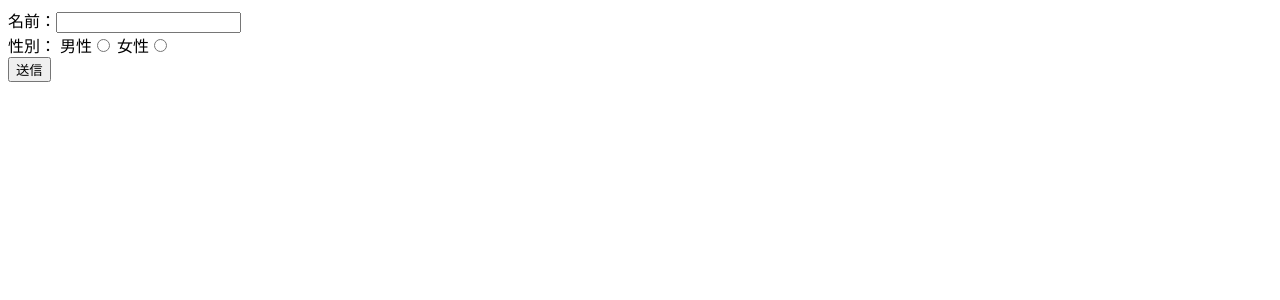
Repository: mmmtmi/practice
Page: servlet jsp/workspace_web/example05/src/main/webapp/formSampleJSP.html
The author's editor kept a copy of each file at every save. The page is drawn from the files as they stood at one save, then again after the next save.
The browser window is 1280 px wide. The pictures show the whole page.

Above is the page before, as saved 2024-11-26 00:53:33.

### servlet jsp/workspace_web/example05/src/main/webapp/formSampleJSP.html
<!DOCTYPE html>
<html>
<head>
<meta charset="UTF-8">
<title>Insert title here</title>
</head>
<body>
	<form action="formSampleServlet.html" method="post">
		<label>名前：<input type="text" name="name"></label><br> <!--部品に必ず名前を付ける。-->
		性別：									<!--ラヂオはnameが同一。valueが送信される。-->
		<label>男性<input type="radio" name="gender" value="男性"></label>
		<label>女性<input type="radio" name="gender" value="女性"></label><br>
		<input type="submit" value="送信">
				<!--nameは必須ではない。valueがボタン名に反映-->
	</form>
</body>
</html>

After the next save:
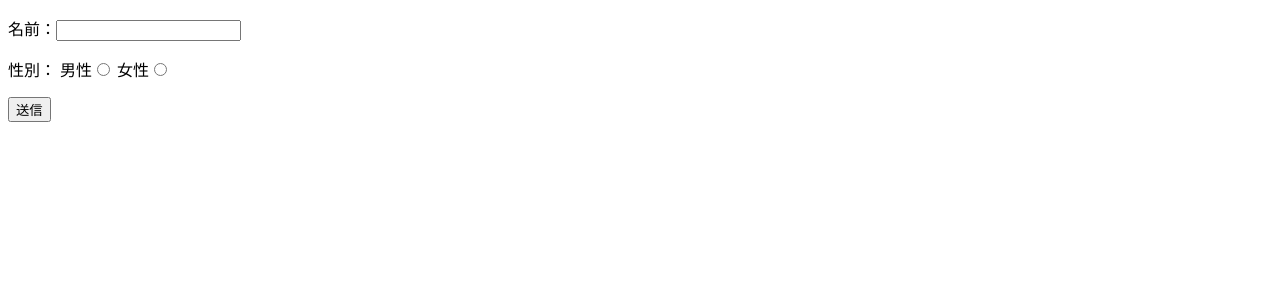
Saved 2 min 1 s later.
--- a/servlet jsp/workspace_web/example05/src/main/webapp/formSampleJSP.html
+++ b/servlet jsp/workspace_web/example05/src/main/webapp/formSampleJSP.html
@@ -5,12 +5,13 @@
 <title>Insert title here</title>
 </head>
 <body>
-	<form action="formSampleServlet.html" method="post">
-		<label>名前：<input type="text" name="name"></label><br> <!--部品に必ず名前を付ける。-->
-		性別：									<!--ラヂオはnameが同一。valueが送信される。-->
+	<p>
+	</p action="formSampleServlet.html" method="post">
+		<label>名前：<input type="text" name="name"></label></p><!--部品に必ず名前を付ける。-->
+		<p>性別：									<!--ラヂオはnameが同一。valueが送信される。-->
 		<label>男性<input type="radio" name="gender" value="男性"></label>
-		<label>女性<input type="radio" name="gender" value="女性"></label><br>
-		<input type="submit" value="送信">
+		<label>女性<input type="radio" name="gender" value="女性"></label></p>
+		<p><input type="submit" value="送信"></p>
 				<!--nameは必須ではない。valueがボタン名に反映-->
 	</form>
 </body>
